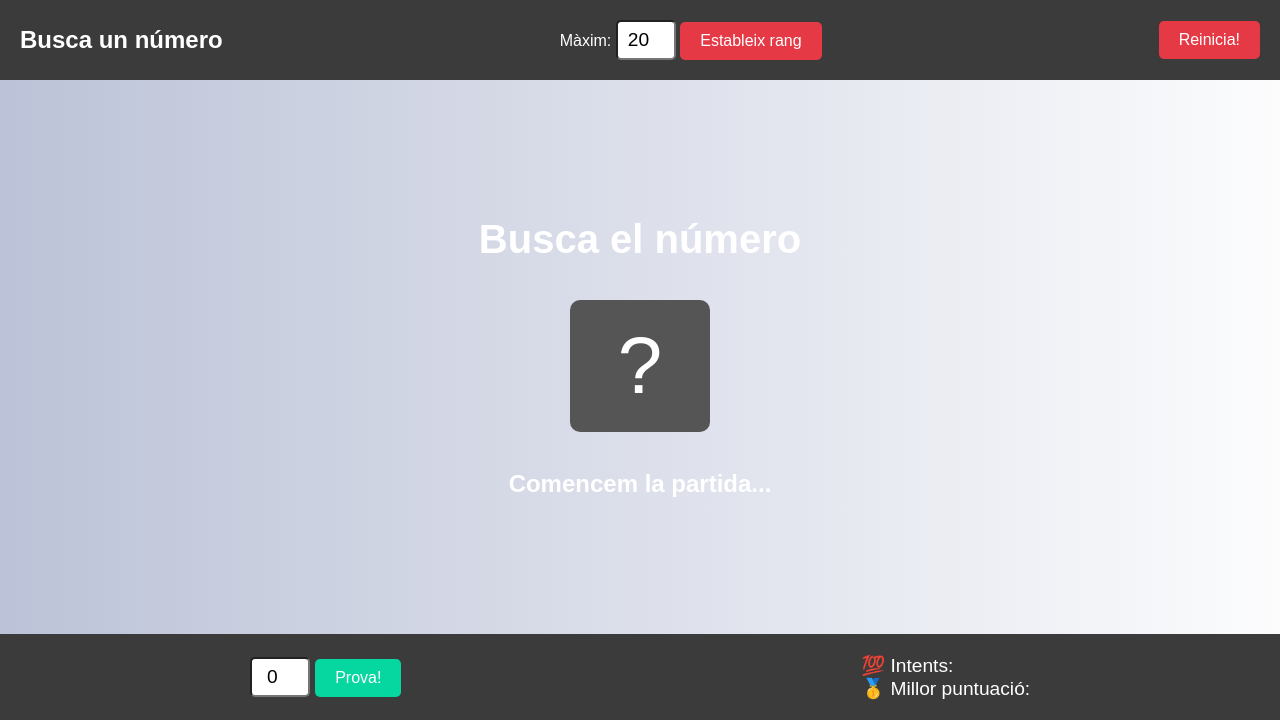
Repository: rdalmau23/M06_01
Page: index.html
The author's editor kept a copy of each file at every save. The page is drawn from the files as they stood at one save, then again after the next save.
The browser window is 1280 px wide. The pictures show the whole page.

Above is the page before, as saved 2024-10-11 13:17:10.

### index.html
<!DOCTYPE html>
<html lang="en">
<head>
    <meta charset="UTF-8">
    <meta name="viewport" content="width=device-width, initial-scale=1.0">
    <title>Endivina el número</title>
    <link rel="stylesheet" href="style.css">
    <script src="script.js" defer></script>
</head>
<body>
    <header>
        <h2>Busca un número</h2>
        <div>
        <label for="max" id="rang">Màxim:</label>
        <input type="number" id="max" value="20">
        <button onclick="setRange()">Estableix rang</button>
    </div>
        <button onclick="resetGame()" id="reset">Reinicia!</button>
    </header>
    <main id="main">
        <h1>Busca el número</h1> <br>
        <div id="display-num">?</div> <br>
        <h3 id="display-result">Comencem la partida...</h3>
    </main>
    <footer>
        <div>
            <input type="number" value="0" id="num">
        <button onclick="playGame()" id="play">Prova!</button>
        </div>
        <div>
            <div id="display-jugades">💯 Intents: </div>
        <div id="display-puntuacio">🥇 Millor puntuació: </div>
        </div>
    </footer>
</body>
</html>

### style.css
* {
    margin: 0;
    padding: 0;
    box-sizing: border-box;
  }

  body {
    font-family: Arial, sans-serif;
    height: 100vh;
    display: flex;
    flex-direction: column;
    justify-content: space-between;
    background: linear-gradient(270deg, #ffffff, #001969);
    background-size: 400% 400%;
    animation: gradient-animation 12s ease infinite;
    position: relative;
  }

  @keyframes gradient-animation {
    0% {
      background-position: 0% 50%;
    }
    50% {
      background-position: 100% 50%;
    }
    100% {
      background-position: 0% 50%;
    }
  }

  header {
    background-color: #3b3b3b;
    color: white;
    padding: 20px;
    text-align: center;
    display: flex;
    justify-content: space-between;
    align-items: center;
  }

  header h2 {
    margin: 0;
  }

  header button {
    background-color: #e63946;
    border: none;
    color: white;
    padding: 10px 20px;
    cursor: pointer;
    border-radius: 5px;
    font-size: 16px;
    transition: background-color 0.3s ease;
  }

  header button:hover {
    background-color: #d62839;
  }

  main {
    flex-grow: 1;
    display: flex;
    flex-direction: column;
    justify-content: center;
    align-items: center;
  }

  main h1 {
    font-size: 2.5rem;
    color: white;
  }

  #display-num {
    display: flex;
    justify-content: center;
    font-size: 5rem;
    background-color: #555555;
    color: white;
    padding: 20px;
    width: 140px;
    text-align: center;
    border-radius: 10px;
    margin: 20px 0;
  }

  main h3 {
    font-size: 1.5rem;
    color: white;
  }

  footer {
    background-color: #3b3b3b;
    padding: 20px;
    display: flex;
    justify-content: space-around;
    align-items: center;
  }

 input[type="number"] {
    width: 60px;
    height: 40px;
    border-radius: 5px;
    padding: 10px;
    font-size: 1.2rem;
    text-align: center;
  }

  footer button {
    background-color: #06d6a0;
    border: none;
    color: white;
    padding: 10px 20px;
    cursor: pointer;
    border-radius: 5px;
    font-size: 16px;
    transition: background-color 0.3s ease;
  }

  footer button:hover {
    background-color: #04b383;
  }

  footer div {
    font-size: 1.2rem;
    color: #ffffff;
  }

  /* Ajustes Responsive */
  @media (max-width: 600px) {
    header, footer {
      flex-direction: column;
      gap: 10px;
    }

    #display-num {
      font-size: 4rem;
      width: 80px;
    }

    footer button {
      font-size: 14px;
    }
  }

### script.js
let numero1;
let userInput = 0;
let intents = 0;
let millorPunt = Infinity;

function setRange() {
    const max = parseInt(document.getElementById("max").value);
    if (max <= 1) {
        alert("El valor màxim ha de ser major que 1."); // marquem que no podem posa de màxim 0 ni negatius
        return;
    }
    numero1 = Math.floor(Math.random() * max) + 1;
    intents = 0;
    document.getElementById("display-num").innerHTML = "?";
    document.getElementById("display-result").innerHTML = "Comencem la partida...";
    document.getElementById("main").style.backgroundColor = "";
    document.getElementById("display-jugades").innerHTML = `💯 Intents: 0`;
    document.getElementById("display-puntuacio").innerHTML = "";
}

function playGame() { //funció per jugar
    if (!numero1) {
        alert("Si us plau, posa el rang abans de jugar!"); // aquí fem un alert que avisa de que s'ha de especifivar el rang amb el que volem jugar
        return;
    }

    userInput = parseInt(document.getElementById("num").value);
    if (userInput !== numero1) {
        intents++; // cada cop que fallem incrementa el num d'intents
        if (userInput < numero1) {
            sortida = `El ${userInput} és massa petit, torna a provar.`;
            document.getElementById("main").style.backgroundColor = "red";
        } else {                                                             // aquí fem que depenend de si és més gran o més petit et mostri un missatge o un altre i amb els colors igual
            sortida = `El ${userInput} és massa gran, torna a provar.`;
            document.getElementById("main").style.backgroundColor = "red";
        }
    } else {
        intents++;
        sortida = `Has endivinat el número!`;
        document.getElementById("display-num").innerHTML = numero1;
        document.getElementById("main").style.backgroundColor = "green"; // s'hi hem endivinat el numero ens mostra per pantalla i apareix un fons verd
        if (intents < millorPunt) {
            millorPunt = intents;
            document.getElementById("display-puntuacio").innerHTML = `🥇 Millor puntuació: ${millorPunt}`; // la millor puntuacio sempre serà si els intents és menor a la millor puntuació anterior
        }
    }
    document.getElementById("display-jugades").innerHTML = `💯 Intents: ${intents}`; // mo0strem els intents que portem
    document.getElementById("display-result").innerHTML = `${sortida}`;
    document.getElementById("num").select();
}

function resetGame() {
    document.getElementById("display-num").innerHTML = "?";
    document.getElementById("display-result").innerHTML = "Comencem la partida...";
    intents = 0;
    document.getElementById("display-jugades").innerHTML = "💯 Intents: 0"; // deixem els intents a 0 de nou però la millor puntuació es guarda
    document.getElementById("main").style.backgroundColor = "";
}

After the next save:
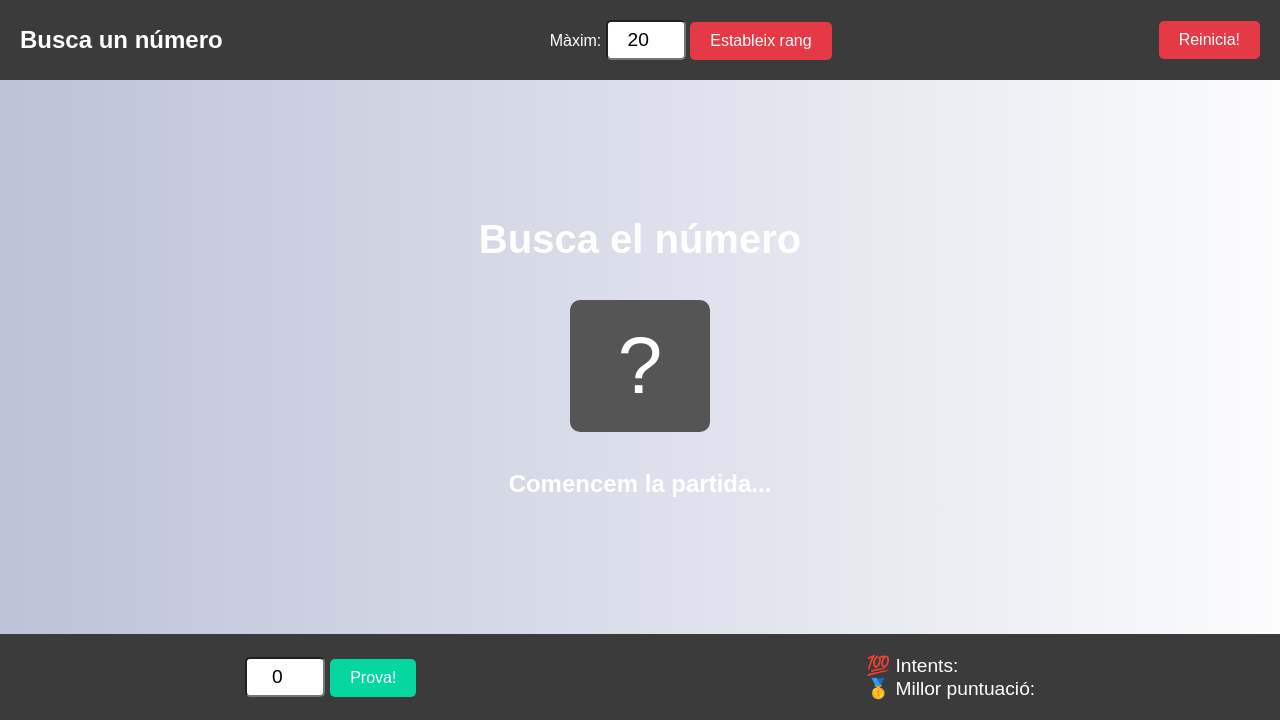
Saved 89 s later.
--- a/style.css
+++ b/style.css
@@ -97,7 +97,7 @@
   }
 
  input[type="number"] {
-    width: 60px;
+    width: 80px;
     height: 40px;
     border-radius: 5px;
     padding: 10px;
@@ -125,7 +125,6 @@
     color: #ffffff;
   }
 
-  /* Ajustes Responsive */
   @media (max-width: 600px) {
     header, footer {
       flex-direction: column;
